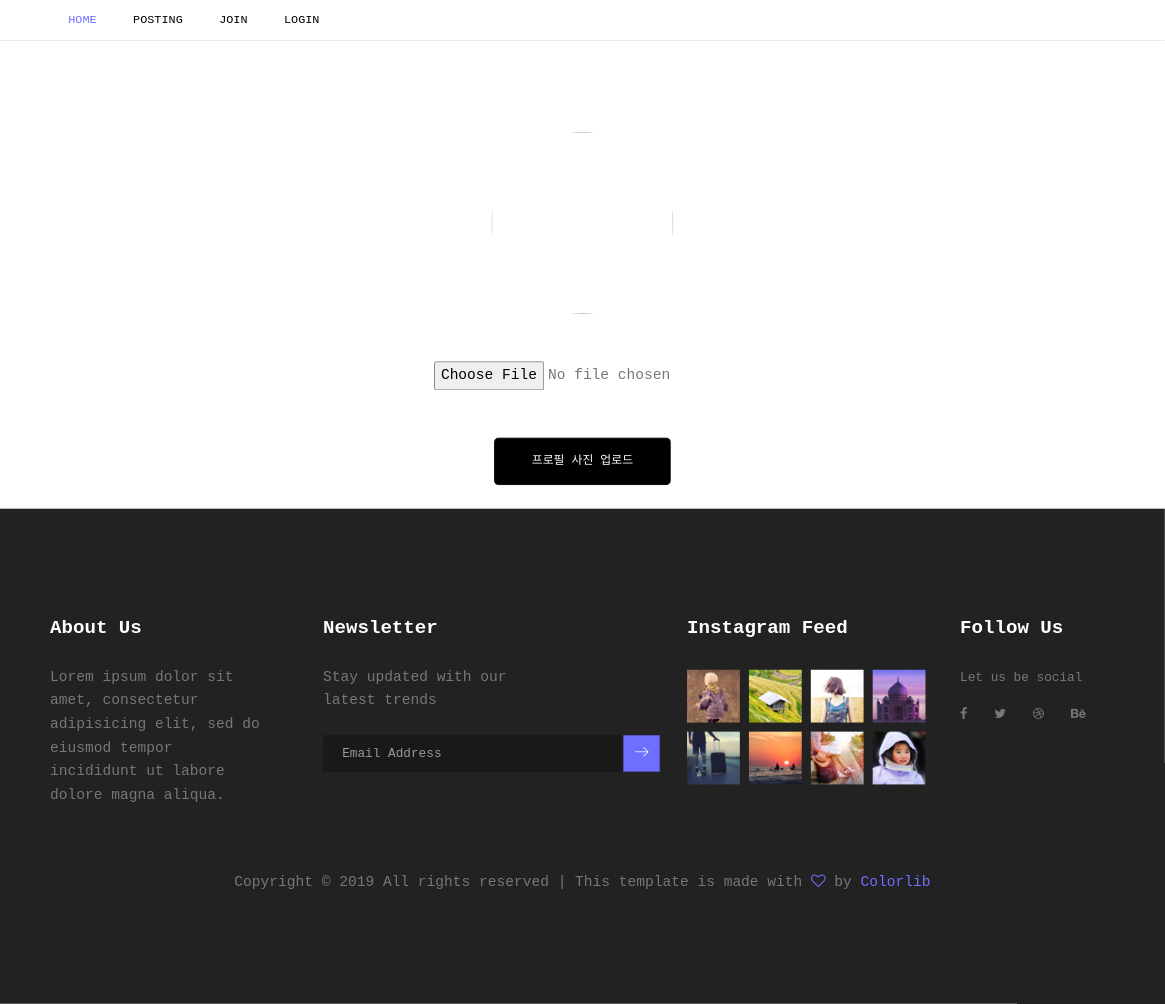
Repository: cwj2306/blog_project_2
Page: http://localhost/blog/user/userProfileForm.jsp
The author's editor kept a copy of each file at every save. The page is drawn from the files as they stood at one save, then again after the next save.
The browser window is 1280 px wide. The pictures show the whole page, at 91% of full size.
Some web fonts or font styles are not loaded; a fallback is used. The page is served by Tomcat 9.

Above is the page before, as saved 2019-11-12 06:30:21.

After the next save:
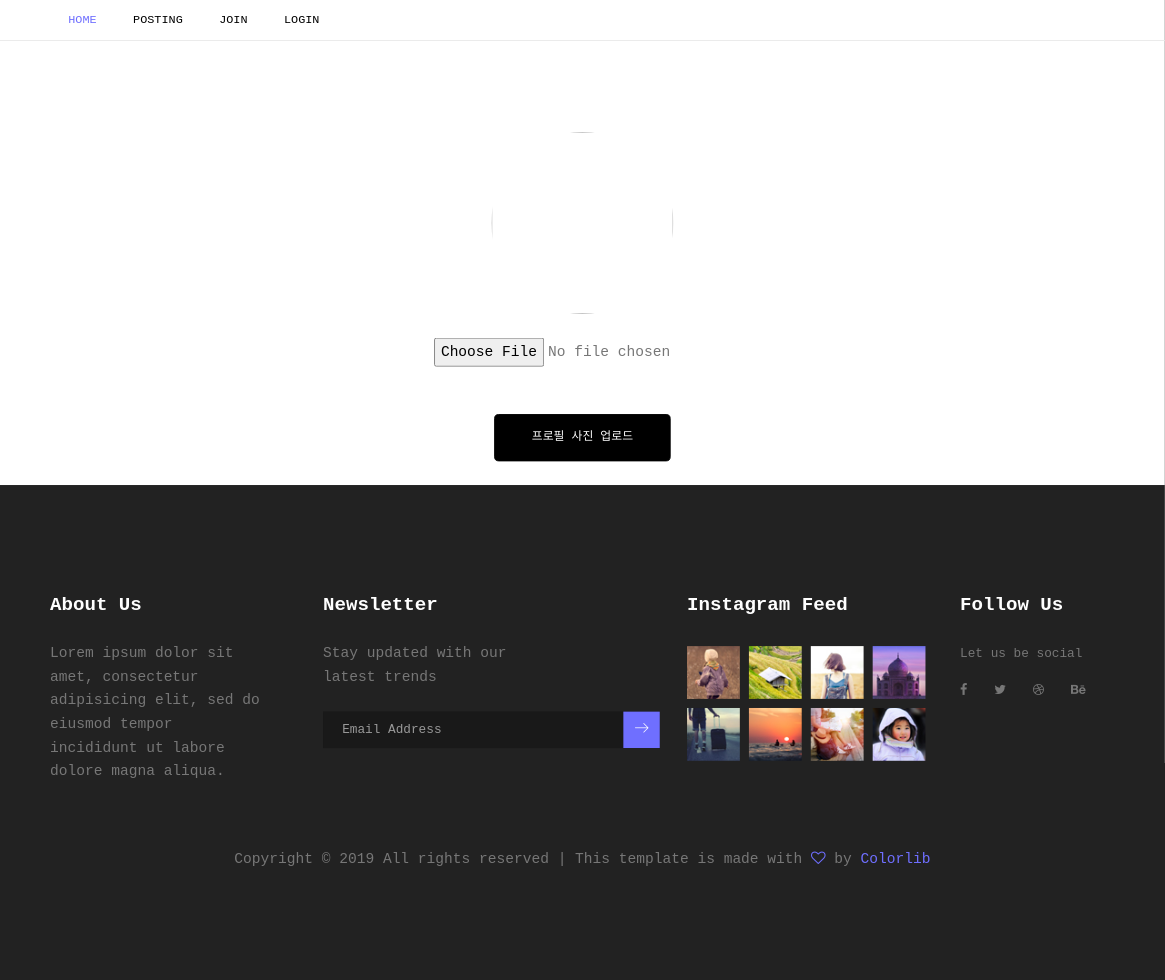
Saved 8 s later.
--- a/blog/WebContent/user/userProfileForm.jsp
+++ b/blog/WebContent/user/userProfileForm.jsp
@@ -8,7 +8,7 @@
 
 				<div class="col-md-12 text-center">
 					<img id="img__wrap" width="200px" height="200px" style="border-radius: 50%;"/>
-				</div></br></br>
+				</div><br/>
 
 				<!-- enctype는 mime타입에서 찾아봐서 써주자 -->
 				<form action="/blog/user?cmd=uploadProfileImg" method="POST" enctype="multipart/form-data">
